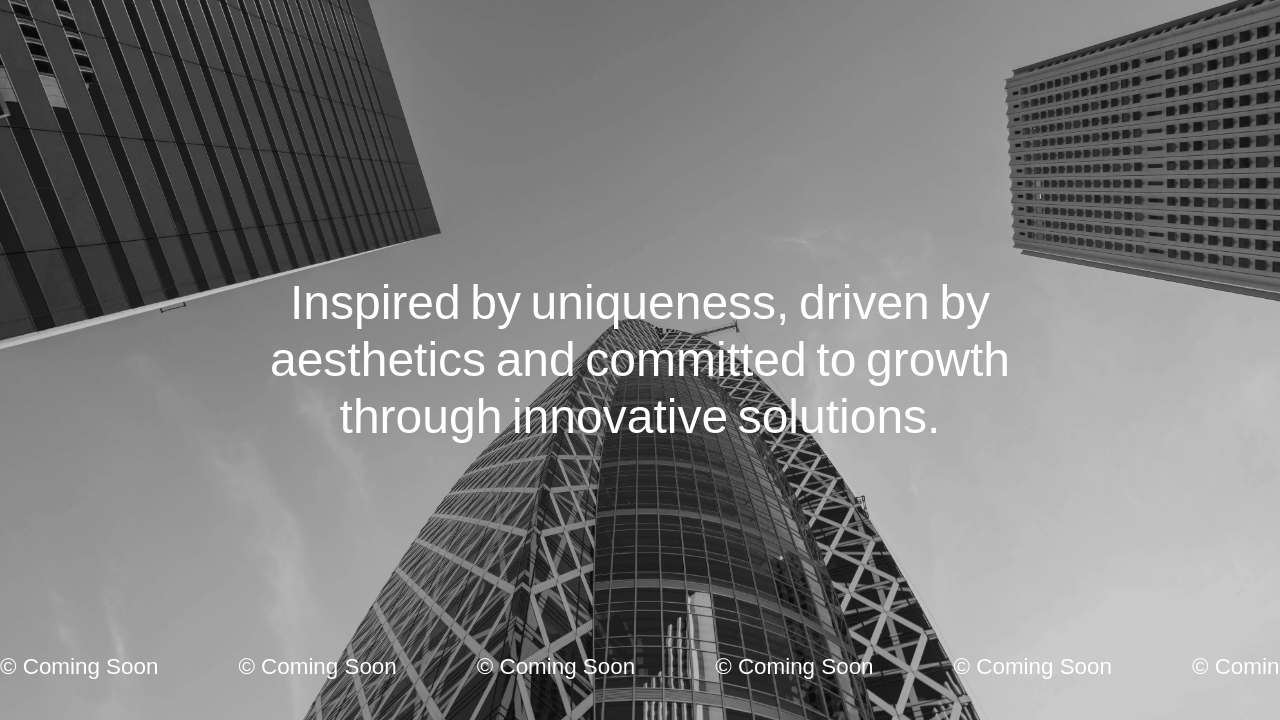
Repository: leswisss/comingsoon
Page: /
The author's editor kept a copy of each file at every save. The page is drawn from the files as they stood at one save, then again after the next save.
The browser window is 1280 px wide. The pictures show the whole page.
Some web fonts or font styles are not loaded; a fallback is used. The project was rebuilt for these pictures with package versions that can differ from the ones it lists, and the page was loaded fresh each time. The framework's server and built-in components were replaced by stand-ins that run in the browser. Also part of the build but not shown: next.config.mjs.

Above is the page before, as saved 2024-06-16 15:26:40.

After the next save:
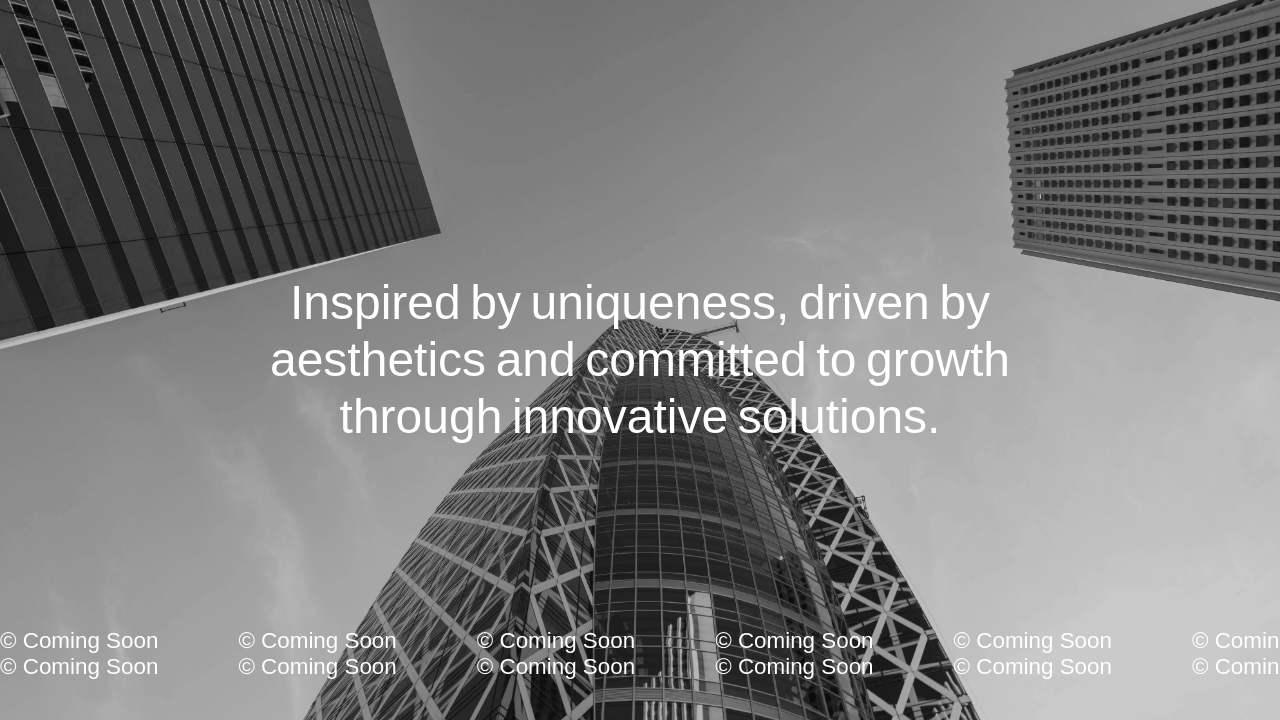
Saved 50 s later.
--- a/styles/marquee.module.scss
+++ b/styles/marquee.module.scss
@@ -1,7 +1,5 @@
 .slider{
   position: relative;
-  white-space: nowrap;
-  display: flex;
 }
 
 .coming__wrapper{
